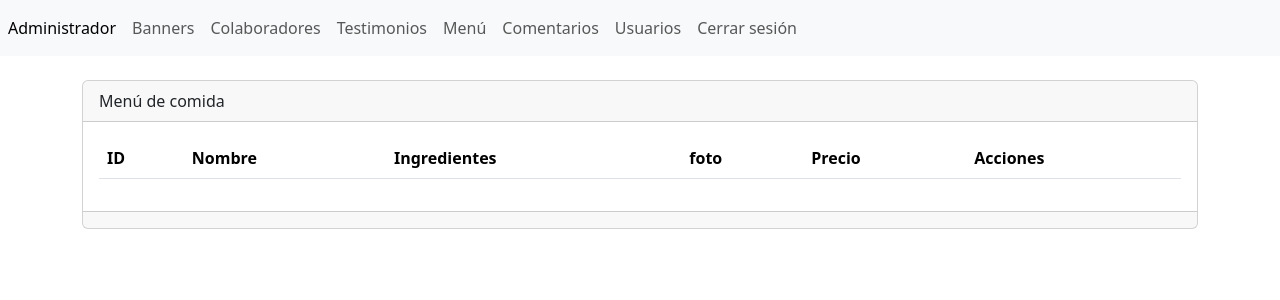
Repository: salextros/Restaurant-Project-PHP-MySQL
Page: http://localhost/TRABAJO_FINAL/restaurant/admin/seccion/menu/index.php
The author's editor kept a copy of each file at every save. The page is drawn from the files as they stood at one save, then again after the next save.
The browser window is 1280 px wide. The pictures show the whole page.
The page is run by PHP 8.4 with error messages shown; the project is at /var/www/html/. Queries for data that is not in the repository find no rows.

Above is the page before, as saved 2026-01-31 17:33:29.

### restaurant/admin/seccion/menu/index.php
<?php
include("../../bd.php");

$sentencia=$conexion->prepare("SELECT * FROM  `tbl_menu`");
$sentencia->execute();
$lista_menu = $sentencia->fetchAll(PDO::FETCH_ASSOC);

include ("../../templates/header.php");?>
<br/>

<div class="card">
    <div class="card-header">Menú de comida</div>
    <div class="card-body">

    <div
        class="table-responsive-sm">
        <table class="table">
            <thead>
                <tr>
                    <th scope="col">ID</th>
                    <th scope="col">Nombre</th>
                    <th scope="col">Ingredientes</th>
                    <th scope="col">foto</th>
                    <th scope="col">Precio</th>
                    <th scope="col">Acciones</th>

                </tr>
            </thead>
            <tbody>
                    <?php foreach($lista_menu as $registro){ ?>

                        <tr class="">
                        <td> <?php echo $registro["ID"];?> </td>
                        <td> <?php echo $registro["nombre"];?> </td>
                        <td> <?php echo $registro["ingredientes"];?> </td>
                        <td> <?php echo $registro["foto"];?> </td>
                        <td> <?php echo $registro["precio"];?> </td>

                        <td> <a name="" id="" class="btn btn-info" href="editar.php?txtID=<?php echo $registro["ID"];?>" role="button">Editar</a>
                            <a name="" id="" class="btn btn-danger" href="index.php?txtID=<?php echo $registro["ID"];?>" role="button">Borrar</a>
                        </td>
                <?php } ?>
                </tr>

            </tbody>
        </table>
    </div>


    </div>
    <div class="card-footer text-muted"></div>
</div>


<?php include ("../../templates/footer.php");?>

### restaurant/admin/bd.php
<?php

$servidor="localhost";
$baseDatos="restaurante";
$usuario="root";
$contraseña="";

try{

    $conexion=new PDO("mysql:host=$servidor;dbname=$baseDatos",$usuario,$contraseña);


}catch(Exception $error){
    echo $error ->getMessage();
}

?>

### restaurant/admin/templates/header.php
<?php
$url_base = "http://localhost/TRABAJO_FINAL/restaurant/admin/";
?>
<!doctype html>
<html lang="en">

    <head>
        <title>Administrador del sitio web </title>
        <!-- Required meta tags -->
        <meta charset="utf-8" />
        <meta
            name="viewport"
            content="width=device-width, initial-scale=1, shrink-to-fit=no"
        />

        <!-- Bootstrap CSS v5.2.1 -->
        <link
            href="https://cdn.jsdelivr.net/npm/bootstrap@5.3.2/dist/css/bootstrap.min.css"
            rel="stylesheet"
            integrity="sha384-T3c6CoIi6uLrA9TneNEoa7RxnatzjcDSCmG1MXxSR1GAsXEV/Dwwykc2MPK8M2HN"
            crossorigin="anonymous"
        />
    </head>

    <body>
        <header>
            <!-- place navbar here -->
            <nav class="navbar navbar-expand navbar-light bg-light">
                <div class="nav navbar-nav">
                    <a class="nav-item nav-link active" href="#" aria-current="page">Administrador<span class="visually-hidden">(current)</span></a>

                    <a class="nav-item nav-link" href="<?php echo $url_base;?>seccion/banners">Banners</a>
                    <a class="nav-item nav-link" href="<?php echo $url_base;?>seccion/colaboradores">Colaboradores</a>
                    <a class="nav-item nav-link" href="<?php echo $url_base;?>seccion/testimonios">Testimonios</a>
                    <a class="nav-item nav-link" href="<?php echo $url_base;?>seccion/menu">Menú</a>
                    <a class="nav-item nav-link" href="<?php echo $url_base;?>seccion/comentarios">Comentarios</a>
                    <a class="nav-item nav-link" href="<?php echo $url_base;?>seccion/usuarios">Usuarios</a>
                    <a class="nav-item nav-link" href="#">Cerrar sesión</a>

                </div>
            </nav>


        </header>
        <main>
        <section class="container">

### restaurant/admin/templates/footer.php
        </section>
        </main>
        <footer>
            <!-- place footer here -->
        </footer>
        <!-- Bootstrap JavaScript Libraries -->
        <script
            src="https://cdn.jsdelivr.net/npm/@popperjs/core@2.11.8/dist/umd/popper.min.js"
            integrity="sha384-I7E8VVD/ismYTF4hNIPjVp/Zjvgyol6VFvRkX/vR+Vc4jQkC+hVqc2pM8ODewa9r"
            crossorigin="anonymous"
        ></script>

        <script
            src="https://cdn.jsdelivr.net/npm/bootstrap@5.3.2/dist/js/bootstrap.min.js"
            integrity="sha384-BBtl+eGJRgqQAUMxJ7pMwbEyER4l1g+O15P+16Ep7Q9Q+zqX6gSbd85u4mG4QzX+"
            crossorigin="anonymous"
        ></script>
    </body>
</html>

After the next save:
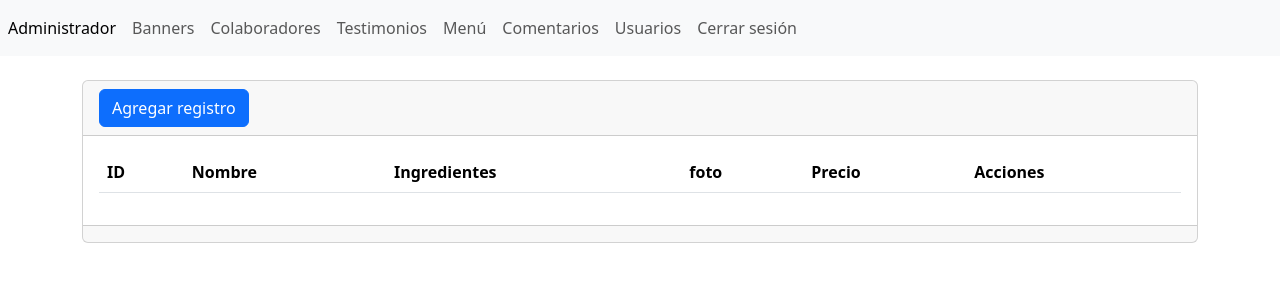
Saved 2 min 0 s later.
--- a/restaurant/admin/seccion/menu/index.php
+++ b/restaurant/admin/seccion/menu/index.php
@@ -9,7 +9,7 @@ include ("../../templates/header.php");?>
 <br/>
 
 <div class="card">
-    <div class="card-header">Menú de comida</div>
+    <div class="card-header"><a name="" id="" class="btn btn-primary" href="crear.php" role="button">Agregar registro</a></div>
     <div class="card-body">
 
     <div
